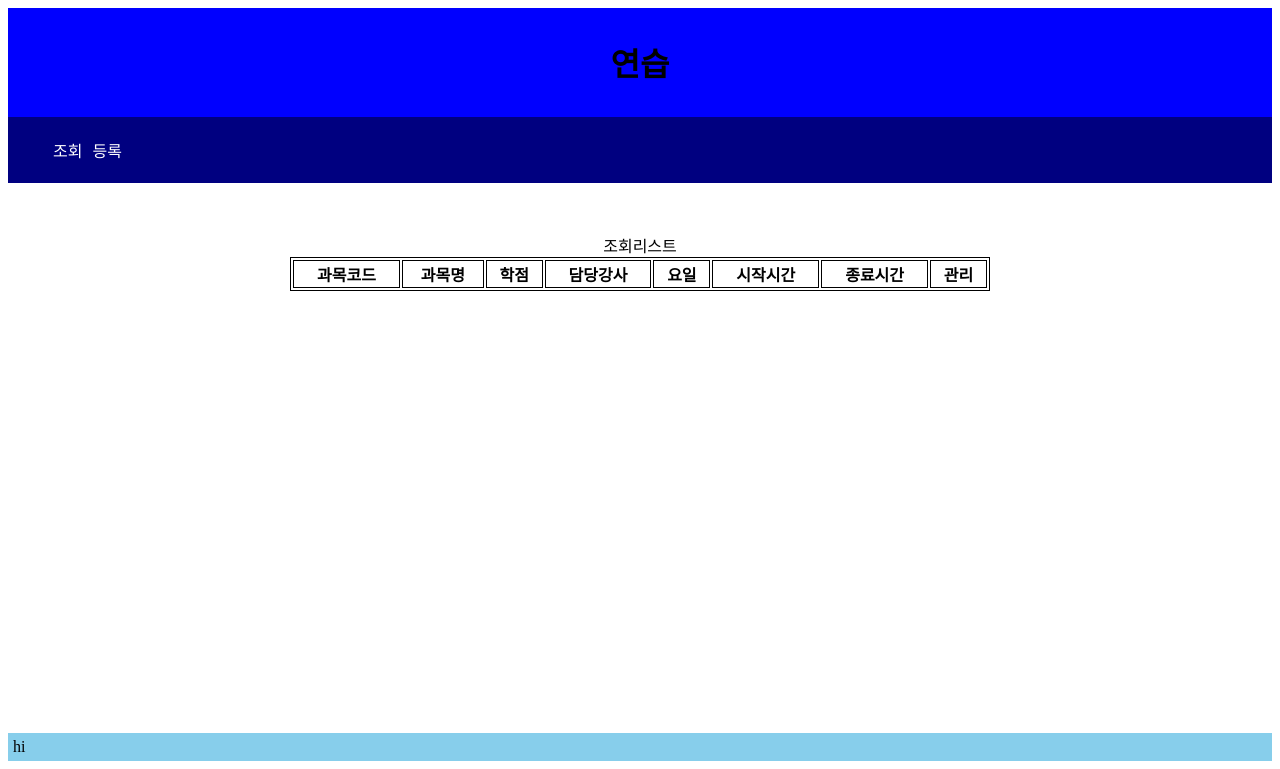
Repository: hoger96/java
Page: http://localhost/HY/list
An editor plug-in stored every save of this project. The page is shown before and after the next save, followed by the edit.
The browser window is 1280 px wide. The pictures show the whole page.
The page is served by Tomcat 9. Queries for data that is not in the repository find no rows.

Above is the page before, as saved 2023-02-02 07:32:25.

After the next save:
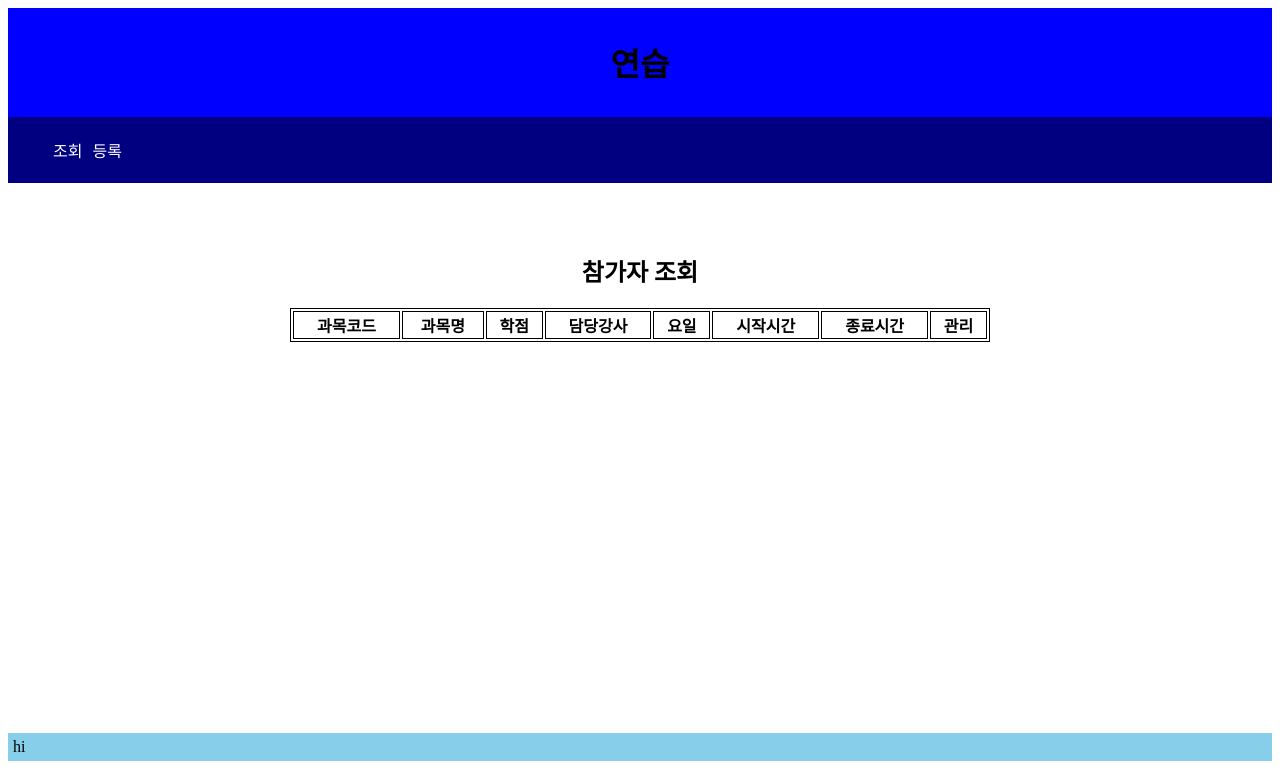
Saved 61 s later.
--- a/HY/src/main/webapp/WEB-INF/views/list.jsp
+++ b/HY/src/main/webapp/WEB-INF/views/list.jsp
@@ -27,7 +27,9 @@
 	</nav>
 	<section>
 		<table>
-			<caption>조회리스트</caption>
+			<caption>
+				<h2>참가자 조회</h2>
+			</caption>
 			<tr>
 				<td class="main">과목코드</td>
 				<td class="main">과목명</td>
